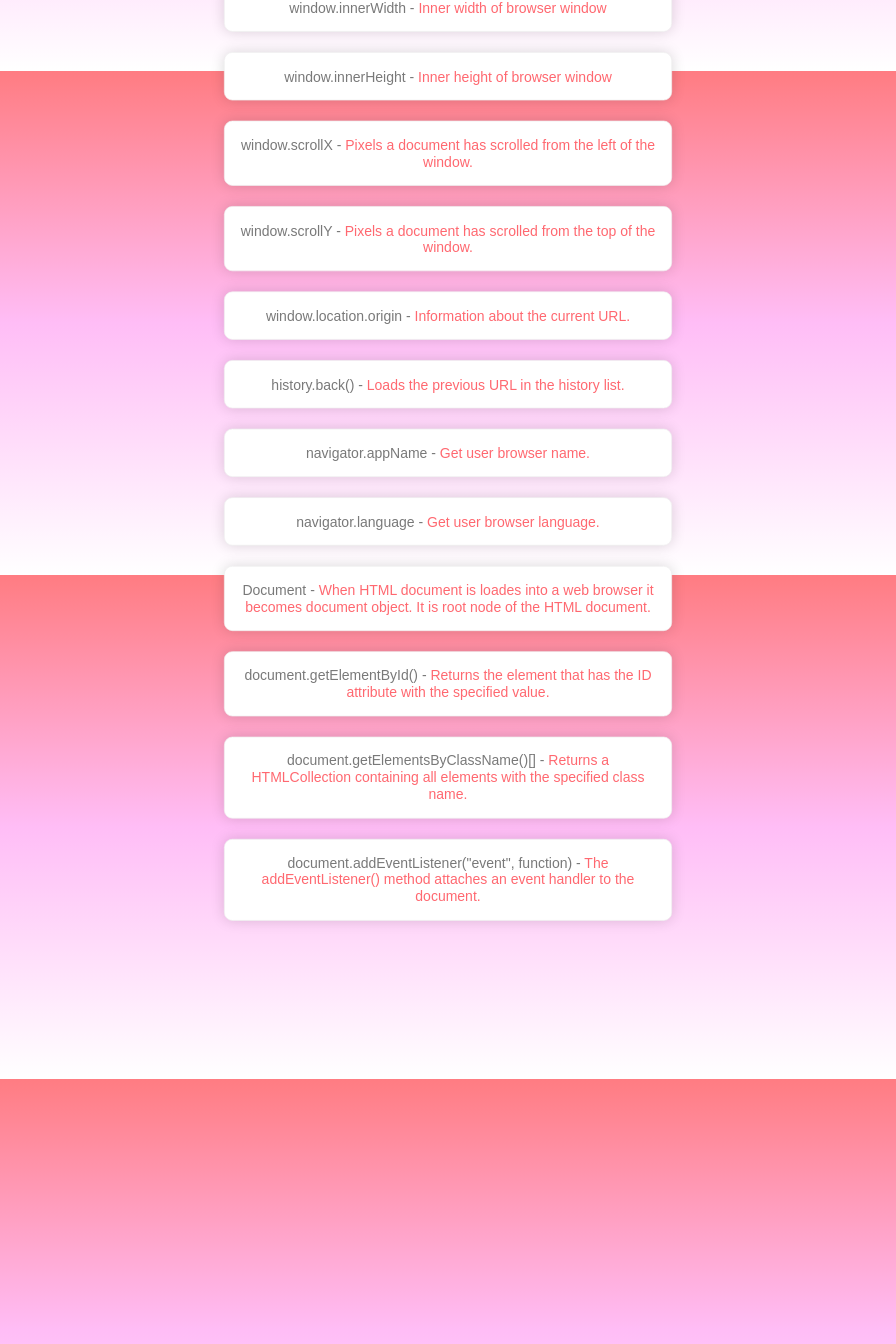
Repository: michalgornicki/javascript
Page: /#/Window
An editor plug-in stored every save of this project. The page is shown before and after a run of saves, followed by the edit.
The browser window is 1280 px wide. The pictures show the part of the page from y = 1339 to 3259 px (the page is 3259 px tall before and 3235 px after), at 70% of full size.
Backgrounds fixed to the window are drawn as part of the page. The project was rebuilt for these pictures with package versions that can differ from the ones it lists, and the page was loaded fresh each time. Also part of the build but not shown: src/index.css, src/components/arrays.jsx, src/components/variables.jsx, src/components/numbers.jsx, src/components/loops.jsx, src/components/async.jsx, src/components/DOM manipulation.jsx.

Above is the page before, as saved 2022-02-01 08:47:25.

After the next 2 saves:
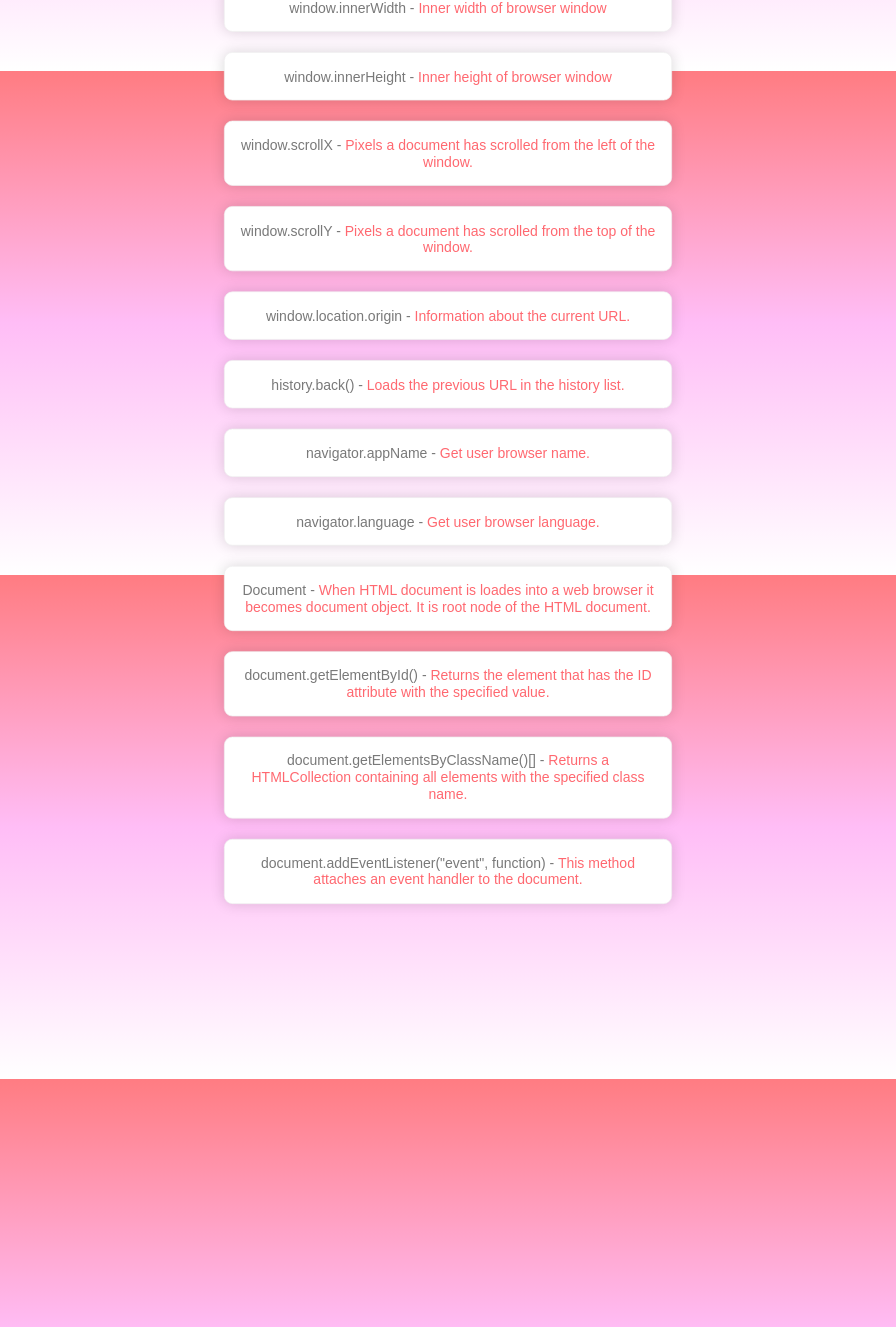
The 2 saves are shown as one change because they came seconds apart.
The last was saved 7 s later.
--- a/src/components/window.jsx
+++ b/src/components/window.jsx
@@ -109,7 +109,7 @@ const Window = () => {
       <div className="js-item h5">
         {" "}
         <span className="">{`document.addEventListener("event", function)`} -</span>
-        <span className="text-pink"> The addEventListener() method attaches an event handler to the document.</span> <br />
+        <span className="text-pink"> This method attaches an event handler to the document. </span> <br />
       </div>
 
     </div>
